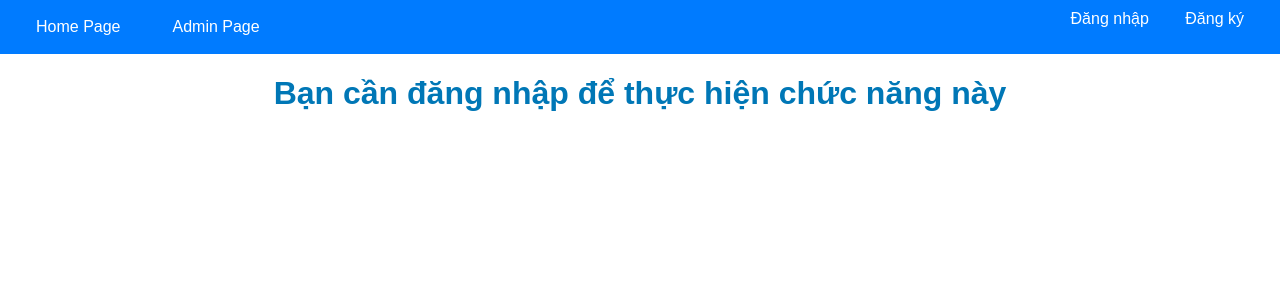
Repository: Loc2804/LTM
Page: http://localhost/RestaurantProject/ManageRole.jsp
The author's editor kept a copy of each file at every save. The page is drawn from the files as they stood at one save, then again after the next save.
The browser window is 1280 px wide. The pictures show the whole page.
The page is served by Tomcat 10. Other server files are loaded and not shown.

Above is the page before, as saved 2024-12-08 16:39:08.

### RestaurantProject/src/main/webapp/ManageRole.jsp
<%@page import="Model.BEAN.Role"%>
<%@page import="Model.BEAN.Status"%>
<%@page import="java.util.List"%>
<%@page import="Model.BEAN.User"%>
<%@ page language="java" contentType="text/html; charset=UTF-8"
    pageEncoding="UTF-8"%>
<!DOCTYPE html>
<html>
<head>
<meta charset="UTF-8">
<title>Manage Role</title>
<link rel="stylesheet" href="https://cdnjs.cloudflare.com/ajax/libs/font-awesome/5.15.4/css/all.min.css">
<style>
body {
    font-family: Arial, sans-serif;
    margin: 0;
    padding: 0;
}

h1, h2 {
    text-align: center;
    color: #0077b6;
}

a {
    text-decoration: none;
    color: white;
}

a:hover {
    background-color: #0056b3;
    border-radius: 4px;
}

button {
    cursor: pointer;
}

.navbar {
    background-color: #007BFF;
    display: flex;
    justify-content: space-between;
    padding: 10px 20px;
}

.navbar .links {
    display: flex;
    gap: 20px;
}

.navbar a {
    padding: 8px 16px;
    font-size: 16px;
}

.btn, .btn-logout {
    background-color: #007BFF;
    color: white;
    padding: 10px 20px;
    border: none;
    border-radius: 5px;
    font-size: 18px;
}

.btn:hover, .btn-logout:hover {
    background-color: #0056b3;
}

.btn-logout:focus {
    outline: none;
}

.content {
    margin: 20px auto;
    width: 80%;
}

.form-container {
    background-color: #fff;
    padding: 30px;
    box-shadow: 0 4px 20px rgba(0, 0, 0, 0.2);
    border-radius: 12px;
    width: 400px;
    margin: 20px auto;
}

label {
    font-weight: bold;
    display: block;
    margin-bottom: 8px;
}

.input-field, select {
    width: 100%;
    padding: 12px;
    margin: 8px 0 16px;
    border: 1px solid #ddd;
    border-radius: 8px;
    font-size: 14px;
}

.input-field:focus, select:focus {
    border-color: #0077b6;
    box-shadow: 0 0 5px rgba(0, 119, 182, 0.5);
    outline: none;
}

.form-buttons {
    display: flex;
    justify-content: space-between;
    margin-top: 20px;
}

/* Table */
.table-container {
    margin: 40px auto;
    width: 80%;
    border-collapse: collapse;
    text-align: left;
}

.table-container th, .table-container td {
    border: 1px solid #ccc;
    padding: 10px;
}

.table-container th {
    background-color:  #007BFF;
    color: white;
}

.action-icons {
    font-size: 18px;
    margin: 0 10px;
}

.action-icons.edit {
    color: #4CAF50;
}

.action-icons.delete {
    color: #FF5733;
}

.action-icons:hover {
    opacity: 0.7;
}

/* Responsive Design */
@media (max-width: 768px) {
    .form-container, .content {
        width: 90%;
        padding: 20px;
    }

    .btn {
        font-size: 14px;
        padding: 10px;
    }
}

.welcome-user span{
	color: white;
	font-size: 20px;
}

.btn-back{
	display:flex;
	align-items: center;
	justify-content: center;
	margin-bottom: 30px;
}

.icon-action{
	display: flex;

}

</style>
</head>
<body>
		<%
        	User user = (User) session.getAttribute("user");
        	if(user == null || user.getRole() == null){
        %>
      <div class="navbar">
       <div class="links">
           <a href="WelcomeUser.jsp">Home Page</a>
           <a href="WelcomeAdmin.jsp">Admin Page</a>
       </div>
        <div class="group-btn">
            <a href="Login.jsp">Đăng nhập</a>
            <a href="Register.jsp">Đăng ký</a>
        </div>
     </div>
     <div class="content">
       	<h1>Bạn cần đăng nhập để thực hiện chức năng này</h1>
   	</div>
        <% }
        	else{
        %>
        <div class="navbar">
	       <div class="links">
	           <a href="WelcomeUser.jsp">Home Page</a>
	           <a href="WelcomeAdmin.jsp">Admin Page</a>
	       </div>
	        <form action="AuthController" method="post">
	        	<div class="welcome-user">
	        		<span>Xin chào, <%=user.getFullName() %></span>
	            	<button class="btn-logout" type="submit">Đăng xuất</button>
	            	<input  type="hidden" value="logout" name="action">
	        	</div>
	        </form>
        </div>
        <div class="content">
       		<h1>Manage Role</h1>
   		</div>
   		<div class="form-container">
          <form action="RoleController" method="POST">
            <label for="name">Name:</label>
            <input type="text" id="name" name="name" class="input-field" placeholder="Enter role name" required onblur="checkName()">
			<input type="hidden" name="id_up">

			<button type="submit" class="btn btn-add" name="action" value="add">Thêm Mới</button>

            <button type="submit" class="btn btn-update" name="action" value="update">Cập Nhật</button>
            <button type="reset" class="btn btn-reset" onclick="resetForm()">Reset</button>
        </form>
    </div>
    <%
	    List<Role> list = (List<Role>) session.getAttribute("listRole");
	    StringBuilder str = new StringBuilder();
	    str.append("[");
	    for (int i = 0; i < list.size(); i++) {
	        str.append("\"").append(list.get(i).getName()).append("\"");
	        if (i < list.size() - 1) {
	            str.append(", ");
	        }
	    }
	    str.append("]");
    %>
    <script type="text/javascript">
	    var existingUsername = <%= str.toString() %>;
	    function checkName() {

	        var idnv = document.getElementById('name').value;

	        if (existingUsername.includes(idnv)) {
	            alert("Role name existed !");

	            document.getElementById('name').value = "";
	            return false;
	        }
	        return true;
	    }
	</script>
   	<h2>List role</h2>
    <table class="table-container">
        <thead>
            <tr>
                <th>ID</th>
                <th>Name</th>
                <th>Action</th>
            </tr>
        </thead>
        <tbody>
            <%
                if (list != null) {
                    for (Role u : list) {
            %>
            <tr>
                <td><%= u.getId() %></td>
                <td><%= u.getName() %></td>
                <td>
                	<div class="icon-action">
                		<button class="action-icons edit"
                			onclick="fillInfo('<%= u.getId() %>','<%=u.getName() %>')"
                		>
                			<i class="fas fa-pencil-alt"></i>
                		</button>
                		<form action="RoleController" method="post">
                	    	<input type="hidden" name="deleteId" value="<%= u.getId() %>">
                			<button type="submit" value="delete" name="action" class="action-icons delete" onclick="setId('<%= u.getId() %>')"><i class="fas fa-trash-alt"></i></button>
                		</form>
                	</div>
                </td>
            </tr>
            <%
                    }
                } else {
            %>
            <tr>
                <td colspan="3">Empty data</td>
            </tr>
            <% } %>
        </tbody>
    </table>
    <div class="btn-back">
    	<a href="WelcomeAdmin.jsp"><button class="btn" >Return</button></a>
    </div>

	<script type="text/javascript">
		function fillInfo(id,name) {
			document.querySelector('input[name="id_up"]').value = id;
		 	document.querySelector('input[name="name"]').value = name;
		}
		function setId(id){
			document.querySelector('input[name="deleteId"]').value = id;
		}


	</script>
        <%
        	}
        %>
</body>
</html>

After the next save:
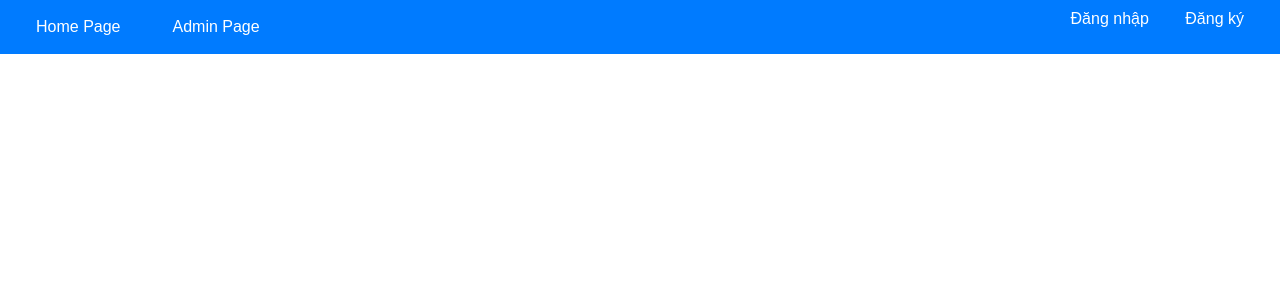
Saved 3 min 29 s later.
--- a/RestaurantProject/src/main/webapp/ManageRole.jsp
+++ b/RestaurantProject/src/main/webapp/ManageRole.jsp
@@ -193,9 +193,7 @@ label {
             <a href="Register.jsp">Đăng ký</a>
         </div>
      </div>
-     <div class="content">
-       	<h1>Bạn cần đăng nhập để thực hiện chức năng này</h1>
-   	</div>
+
         <% }
         	else{
         %>
